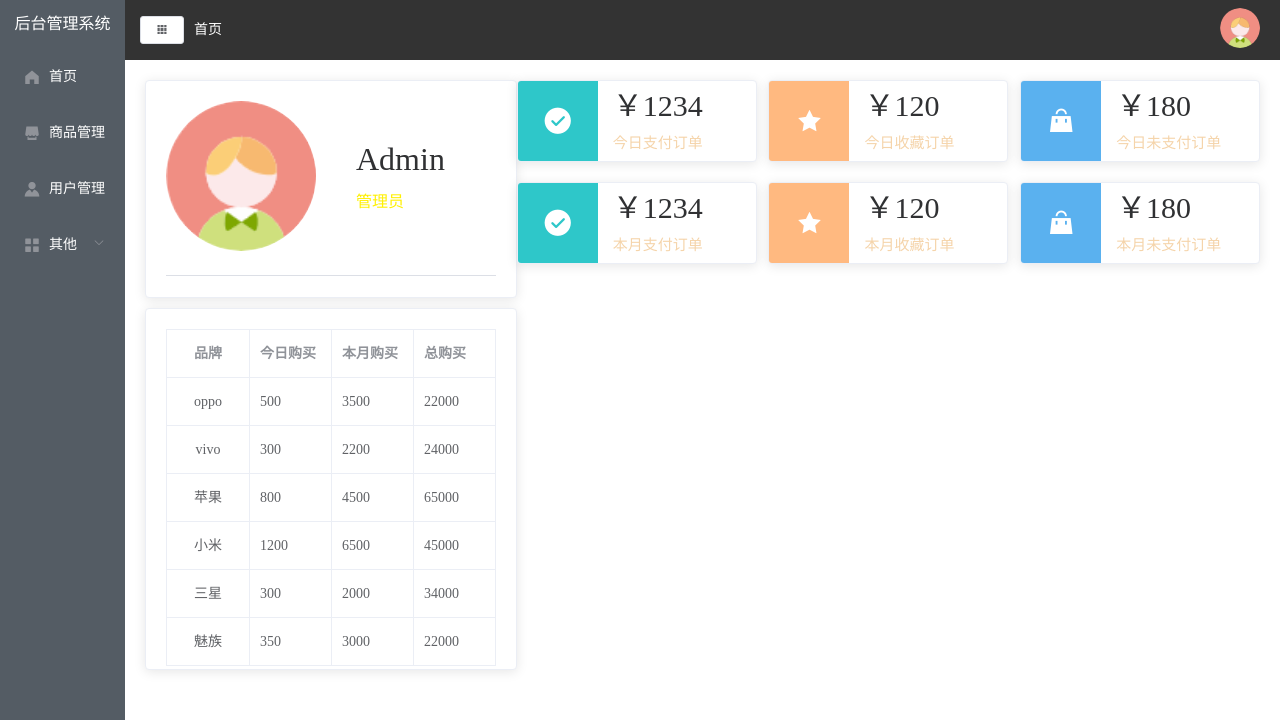
Repository: tkqi/manage
Page: /
An editor plug-in stored every save of this project. The page is shown before and after a run of saves, followed by the edit.
The browser window is 1280 px wide. The pictures show the whole page.
The project was rebuilt for these pictures with package versions that can differ from the ones it lists, and the page was loaded fresh each time. Also part of the build but not shown: vue.config.js.

Above is the page before, as saved 2023-12-06 18:47:48.

### src/main.js
import Vue from 'vue'
import App from './App.vue'
import router from './router'
import store from './store'
import ElementUI from 'element-ui';
import 'element-ui/lib/theme-chalk/index.css';
import '@/api/mock'

Vue.config.productionTip = false
Vue.use(ElementUI);

new Vue({
  router,
  store,
  render: h => h(App)
}).$mount('#app')

### src/App.vue
<template>
  <div id="app">
    <!-- 路由出口 -->
    <router-view />
  </div>
</template>

<script>
export default {
  name: 'App'
}
</script>

<style lang="less">
html,
body,
h3,
p {
  margin: 0;
  padding: 0;
}
</style>

### src/router/index.js
/* eslint-disable no-unused-vars */
import Vue from 'vue'
import VueRouter from 'vue-router'
import routes from './routes'
Vue.use(VueRouter)


const router = new VueRouter({
  routes: routes
})

router.afterEach((to, from)=>{
  document.title = to.meta.title;
})

// 暴露router实例
export default router

### src/store/index.js
import Vue from 'vue'
import Vuex from 'vuex'
import tab from './tab.js'

Vue.use(Vuex)

const store = new Vuex.Store({
  state: {

  },
  getters: {
  },
  mutations: {
  },
  actions: {
  },
  modules: {
    tab
  }
})

export default store;

### src/api/mock.js
import mockjs from "mockjs";
import home from '@/api/MockServerData/home'


// 定义mock请求拦截
mockjs.mock('/api/home/getdata', 'get', home.getStatisticalData)

### src/router/routes.js
export default [
    // 主路由
    {
        path: '/',
        component: () => import('../views/Main.vue'),
        redirect: '/home',// 重定向
        // 子路由
        children: [
            {
                // 首页
                path: '/home',
                // 路由组件懒加载
                component: () => import('../views/Home.vue'),
                meta: { title: '首页' }
            },
            {
                // 用户管理
                path: '/user',
                component: () => import('../views/User.vue'),
                meta: { title: '用户管理' }
            },
            {
                // 商品管理
                path: '/mall',
                component: () => import('../views/Mall.vue'),
                meta: { title: '商品管理' }
            },
            {
                // 其他/页面1
                path: '/page1',
                component: () => import('../views/Page1.vue'),
                meta: { title: '页面1' }
            },
            {
                // 其他/页面2
                path: '/page2',
                component: () => import('../views/Page2.vue'),
                meta: { title: '页面2' }
            },
        ]
    },
    {
        path: '/home',
        // 路由组件懒加载
        component: () => import('../views/Home.vue')
    },
    {
        path: '/user',
        component: () => import('../views/User.vue')
    }
]

### src/store/tab.js
// 菜单相关数据
export default {
    state: {
        isCollapse: false
    },
    getters: {
        getisCollapse: (state) => state.isCollapse
    },
    mutations: {
        EDITIsCollapse(state){
            state.isCollapse = !state.isCollapse;
        }
    }
}

### src/api/MockServerData/home.js
// mock数据模拟
import Mock from 'mockjs'

// 图表数据
let List = []
export default {
  getStatisticalData: () => {
    //Mock.Random.float 产生随机数100到8000之间 保留小数 最小0位 最大0位
    for (let i = 0; i < 7; i++) {
      List.push(
        Mock.mock({
          苹果: Mock.Random.float(100, 8000, 0, 0),
          vivo: Mock.Random.float(100, 8000, 0, 0),
          oppo: Mock.Random.float(100, 8000, 0, 0),
          魅族: Mock.Random.float(100, 8000, 0, 0),
          三星: Mock.Random.float(100, 8000, 0, 0),
          小米: Mock.Random.float(100, 8000, 0, 0)
        })
      )
    }
    return {
      code: 20000,
      data: {
        // 饼图
        videoData: [
          {
            name: '小米',
            value: 2999
          },
          {
            name: '苹果',
            value: 5999
          },
          {
            name: 'vivo',
            value: 1500
          },
          {
            name: 'oppo',
            value: 1999
          },
          {
            name: '魅族',
            value: 2200
          },
          {
            name: '三星',
            value: 4500
          }
        ],
        // 柱状图
        userData: [
          {
            date: '周一',
            new: 5,
            active: 200
          },
          {
            date: '周二',
            new: 10,
            active: 500
          },
          {
            date: '周三',
            new: 12,
            active: 550
          },
          {
            date: '周四',
            new: 60,
            active: 800
          },
          {
            date: '周五',
            new: 65,
            active: 550
          },
          {
            date: '周六',
            new: 53,
            active: 770
          },
          {
            date: '周日',
            new: 33,
            active: 170
          }
        ],
        // 折线图
        orderData: {
          date: ['20191001', '20191002', '20191003', '20191004', '20191005', '20191006', '20191007'],
          data: List
        },
        tableData: [
          {
            name: 'oppo',
            todayBuy: 500,
            monthBuy: 3500,
            totalBuy: 22000
          },
          {
            name: 'vivo',
            todayBuy: 300,
            monthBuy: 2200,
            totalBuy: 24000
          },
          {
            name: '苹果',
            todayBuy: 800,
            monthBuy: 4500,
            totalBuy: 65000
          },
          {
            name: '小米',
            todayBuy: 1200,
            monthBuy: 6500,
            totalBuy: 45000
          },
          {
            name: '三星',
            todayBuy: 300,
            monthBuy: 2000,
            totalBuy: 34000
          },
          {
            name: '魅族',
            todayBuy: 350,
            monthBuy: 3000,
            totalBuy: 22000
          }
        ]
      }
    }
  }
}

### src/views/Main.vue
<!-- eslint-disable vue/multi-word-component-names -->
<template>
    <div>
        <el-container>
            <el-aside width="auto">
                <sidebar />
            </el-aside>
            <el-container>
                <el-header>
                    <topbar />
                </el-header>
                <el-main>
                    <transition>
                        <keep-alive>
                            <router-view />
                        </keep-alive>
                    </transition>
                </el-main>
            </el-container>
        </el-container>
    </div>
</template>

<script>
import sidebar from '../components/sidebar.vue'
import topbar from '../components/topbar.vue';
export default {
    components: {
        sidebar,
        topbar
    }
}
</script>

<style lang="less" scoped>
.el-header {
    padding: 0;
    margin: 0;
}
</style>

### src/views/Home.vue
<!-- eslint-disable vue/multi-word-component-names -->
<template>
    <el-row>
        <el-col :span="8" class="left-col">
            <div>
                <el-card class="box-card">
                    <div class="user">
                        <img class="img" src="../assets/img/user-default.png" alt="">
                        <div class="user-info">
                            <P class="name">Admin</P>
                            <p class="access">管理员</p>
                        </div>
                    </div>
                    <el-divider></el-divider>
                    <div class="login-info">
                        <p>上次登录时间: <span>2023-12-03</span></p>
                        <p>上次登录地点: <span>绍兴</span></p>
                    </div>
                </el-card>
                <el-card class="table">
                    <el-table :data="tableData" border style="width: 100%">
                        <el-table-column prop="name" label="品牌" :min-width="30" width="auto" align="center">
                        </el-table-column>
                        <el-table-column prop="todayBuy" label="今日购买" :min-width="30" width="auto">
                        </el-table-column>
                        <el-table-column prop="monthBuy" label="本月购买" :min-width="30" width="auto">
                        </el-table-column>
                        <el-table-column prop="totalBuy" label="总购买" :min-width="30" width="auto">
                        </el-table-column>
                    </el-table>
                </el-card>
            </div>
        </el-col>
        <el-col :span="16" class="right-col">
            <div class="buy">
                <el-card v-for="(item, index) in countData" :key="index" :body-style="{ display: 'flex', padding: 0 }">
                    <i class="icon" :class="`el-icon-${item.icon}`" :style="{ background: item.color }"></i>
                    <div class="buy-content">
                        <p class="value">{{ '￥' + item.value }}</p>
                        <p class="label">{{ item.label }}</p>
                    </div>
                </el-card>
            </div>
        </el-col>
    </el-row>
</template>

<script>

import { getData } from '@/api/index';
export default {
    data() {
        return {
            tableData: [],
            countData: [
                {
                    label: '今日支付订单',
                    value: 1234,
                    color: '#2ec7c9',
                    icon: 'success'
                },
                {
                    label: '今日收藏订单',
                    value: 120,
                    color: '#ffb980',
                    icon: 'star-on'
                },
                {
                    label: '今日未支付订单',
                    value: 180,
                    color: '#5ab1ef',
                    icon: 's-goods'
                },
                {
                    label: '本月支付订单',
                    value: 1234,
                    color: '#2ec7c9',
                    icon: 'success'
                },
                {
                    label: '本月收藏订单',
                    value: 120,
                    color: '#ffb980',
                    icon: 'star-on'
                },
                {
                    label: '本月未支付订单',
                    value: 180,
                    color: '#5ab1ef',
                    icon: 's-goods'
                }
            ]
        }
    },
    mounted() {
        getData().then(res => {
            console.log(res);
            const data1 = res.data.data;
            this.tableData = data1.tableData;
            console.log(data1);
        })
    }
}
</script>
<style lang="less" scoped>
.box-card {
    height: 30vh;

    .user {
        display: flex;
        align-items: center;
        padding-right: 0px;

        .user-info {
            .name {
                font-size: 32px;
                margin-bottom: 10px;
            }

            .access {
                color: #fff000;
            }
        }

        img {
            height: 150px;
            width: 150px;
            border-radius: 50%;
            margin-right: 40px;
        }
    }
}

.login-info {
    line-height: 25px;

    p {
        font-size: 12px;

        span {
            font-size: 12px;
            margin-left: 50px;
        }
    }
}

.table {
    margin-top: 10px;
    height: 50vh;

    el-table {
        height: 100%;
    }
}

.buy {
    display: flex;
    flex-wrap: wrap;
    justify-content: space-between;

    .icon {
        width: 80px;
        height: 80px;
        font-size: 30px;
        color: #fff;
        text-align: center;
        line-height: 80px;
    }

    .buy-content {
        display: flex;
        flex-direction: column;
        justify-content: center;
        margin-left: 15px;

        .value {
            font-size: 30px;
            line-height: 30px;
            margin-bottom: 10px;
            height: 30px;
        }

        .label {
            font-size: 15px;
            text-align: center;
            color: rgb(245, 212, 170);
        }
    }

    .el-card {
        width: 32%;
        margin-bottom: 20px;
    }

    .right-col{
        padding-left: 10px;
    }
    .left-col{
        padding-right: 10px;
    }
}
</style>

### src/components/sidebar.vue
<!-- eslint-disable vue/multi-word-component-names -->
<template>
    <el-menu class="menu" @open="handleOpen" @close="handleClose" :collapse="isCollapse" background-color="#545c64"
        text-color="#fff" active-text-color="#ffd04b">
        <h3>{{ !isCollapse?'后台管理系统':'后台' }}</h3>
        <el-menu-item v-for="item in noChildren" :key="item.name" :index="item.name" @click="clickMenu(item)">
            <i :class="`el-icon-${item.icon}`"></i>
            <span slot="title">{{ item.label }}</span>
        </el-menu-item>
        <el-submenu v-for="item in hasChildren" :key="item.label" :index="item.label">
            <template slot="title">
                <i :class="`el-icon-${item.icon}`"></i>
                <span slot="title">{{ item.label }}</span>
            </template>
            <el-menu-item-group v-for="subitem in item.children" :key="subitem.name">
                <el-menu-item :index="subitem.name" @click="clickSubmenu(subitem)">
                    <!-- <template slot="title"> -->
                    <i :class="`el-icon-${subitem.icon}`"></i>
                    <span slot="title">{{ subitem.name }}</span>
                    <!-- </template> -->
                </el-menu-item>
            </el-menu-item-group>
        </el-submenu>
    </el-menu>
</template>

<script>
export default {
    computed: {
        // 无子菜单
        noChildren() {
            return this.menuData.filter(o => !o.children);
        },
        // 有子菜单
        hasChildren() {
            return this.menuData.filter(o => o.children);
        },
        isCollapse() {
           return this.$store.state.tab.isCollapse;
        }
    },
    data() {
        return {
            // 使用store实时改变属性需要定义到computed
            // isCollapse: this.$store.getters('getisCollapse'),
            menuData: [
                {
                    path: '/',
                    name: 'home',
                    label: "首页",
                    icon: 's-home',
                    url: 'Home/Home'
                },
                {
                    path: '/mall',
                    name: 'mall',
                    label: "商品管理",
                    icon: 's-shop',
                    url: 'MallManage/MallManage'
                },
                {
                    path: '/user',
                    name: 'user',
                    label: "用户管理",
                    icon: 's-custom',
                    url: 'UserManage/UserManage'
                },
                {
                    label: '其他',
                    icon: 'menu',
                    children: [
                        {
                            path: '/page1',
                            name: 'page1',
                            label: "页面1",
                            icon: 's-claim',
                            url: 'Other/PageOne'
                        },
                        {
                            path: '/page2',
                            name: 'page2',
                            label: "页面2",
                            icon: 's-claim',
                            url: 'Other/PageTwo'
                        },
                    ]
                }
            ]
        };
    },
    methods: {
        handleOpen(key, keyPath) {
            console.log(key, keyPath);
        },
        handleClose(key, keyPath) {
            console.log(key, keyPath);
        },
        clickMenu(item) {
            console.log(this.$router.currentRoute.path);
            // 判断当前路由于点击链接的路由不一致才跳转
            if (item.path != this.$route.path && !(this.$route.path == '/home' && item.path == '/'))
                this.$router.push(item.path);
        },
        clickSubmenu(subitem) {
            // 判断当前路由于点击链接的路由不一致才跳转
            if (subitem.path != this.$route.path)
                this.$router.push(subitem.path);
        }
    }
}
</script>

<style lang="less" scoped>
.el-menu-vertical-demo:not(.el-menu--collapse) {
    width: 200px;
    min-height: 400px;
}

.menu {
    height: 100vh;
    border-right:0;
    h3 {
        color: rgb(255, 255, 255);
        text-align: center;
        line-height: 48px;
        font-size: 16px;
        font-weight: 400;
    }
}
</style>

### src/components/topbar.vue
<!-- eslint-disable vue/multi-word-component-names -->
<template>
    <div class="head-container">
        <div class="l-content">
            <el-button icon="el-icon-s-grid" size="mini" @click="changeCollapse()"/>
            <!-- 面包屑 -->
            <span class="text">首页</span>
        </div>
        <div class="r-content">
            <el-dropdown>
                <span class="el-dropdown-link">
                    <img class="img" src="../assets/img/user-default.png" alt="">
                </span>
                <el-dropdown-menu slot="dropdown">
                    <el-dropdown-item>个人中心</el-dropdown-item>
                    <el-dropdown-item>退出</el-dropdown-item>
                </el-dropdown-menu>
            </el-dropdown>
        </div>
    </div>
</template>

<script>
export default {
    data(){
        return{

        }
    },
    methods:{
        changeCollapse(){
            console.log(1);
            this.$store.commit('EDITIsCollapse');
        }
    }
}
</script>

<style lang="less" scoped>
.head-container {
    background-color: #333;
    height: 60px;
    display: flex;
    justify-content: space-between;
    align-items: center;
    padding-left: 15px;
    padding-right: 20px;
}

// .l-content {
//     padding-left: 15px;
// }

// .r-content {}

.text {
    color: white;
    font-size: 14px;
    padding-left: 10px;
}

.img{
    height: 40px;
    width: 40px;
    border-radius: 50%;
}
</style>

### src/api/index.js
import request from "@/utils/request";

// 请求首页数据接口
export function getData() {
    return request({
        url: '/home/getdata',
        method: 'get'
    })
}

### src/utils/request.js
import axios from 'axios'
// 简单的axios封装

// axios配置
const service = axios.create({
    // 通用请求地址，前缀
    baseURL: '/api',
    // 超时时间
    timeout: 10000,
})

// 添加请求拦截器
service.interceptors.request.use(function (config) {
    // 在发送请求之前做些什么
    return config;
}, function (error) {
    // 对请求错误做些什么
    return Promise.reject(error);
});

// 添加响应拦截器
service.interceptors.response.use(function (response) {
    // 2xx 范围内的状态码都会触发该函数。
    // 对响应数据做点什么
    return response;
}, function (error) {
    // 超出 2xx 范围的状态码都会触发该函数。
    // 对响应错误做点什么
    return Promise.reject(error);
});

export default service

Loaded but not shown: public/index.html (common file)

After the next 2 saves:
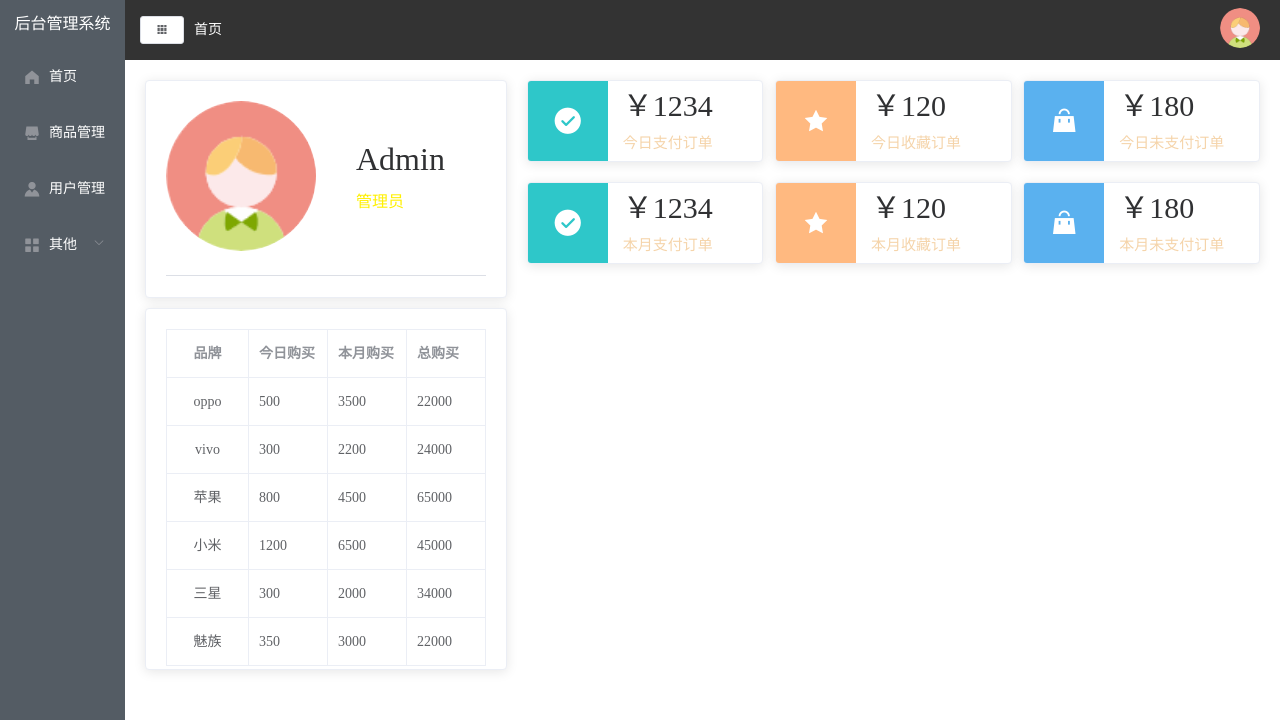
The 2 saves are shown as one change because they came seconds apart.
The last was saved 101 s later.
--- a/src/views/Home.vue
+++ b/src/views/Home.vue
@@ -191,12 +191,13 @@ export default {
         width: 32%;
         margin-bottom: 20px;
     }
-
-    .right-col{
-        padding-left: 10px;
-    }
-    .left-col{
-        padding-right: 10px;
-    }
+}
+
+.right-col {
+    padding-left: 10px;
+}
+
+.left-col {
+    padding-right: 10px;
 }
 </style>
